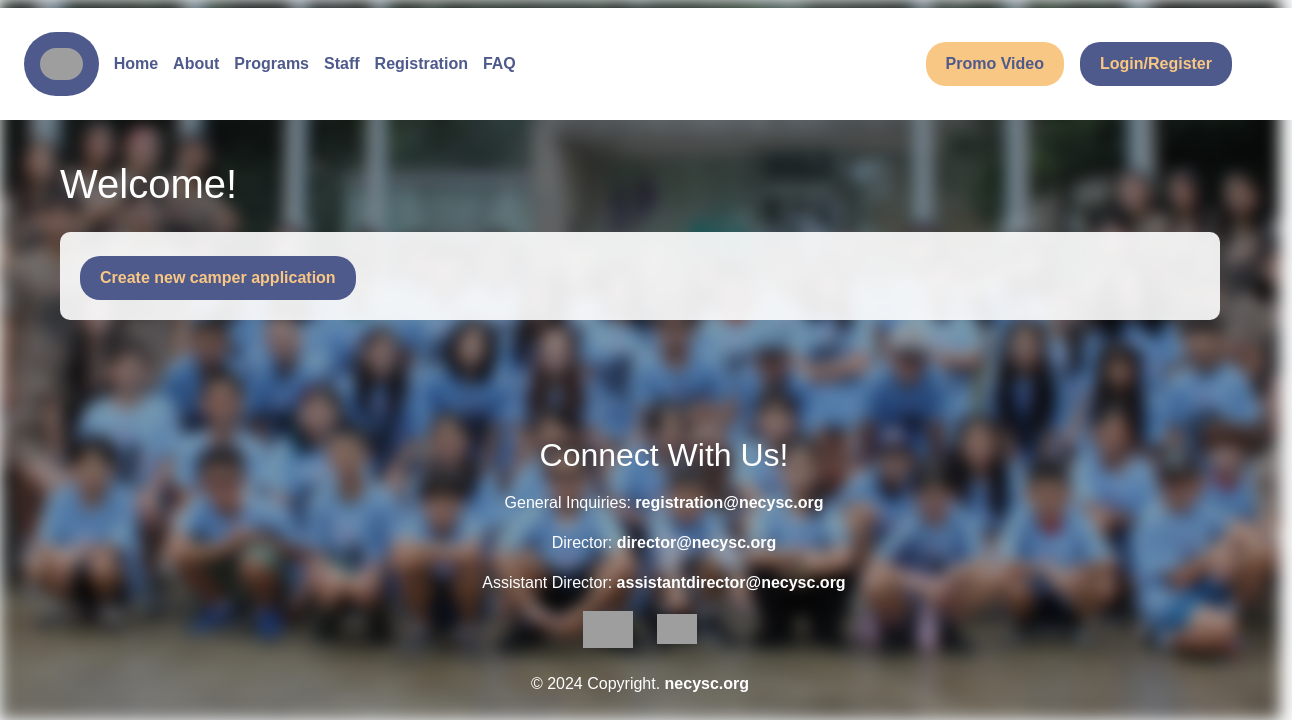
Repository: fullstackatbrown/project-necysc
Page: necysc_app/templates/necysc_app/applicant/index.html
An editor plug-in stored every save of this project. The page is shown before and after the next save, followed by the edit.
The browser window is 1280 px wide. The page is 1292 px wide, so the pictures cover 1292 px, including what lies to the right of the window. The pictures show the whole page.
Pictures or frames that could not be fetched are drawn as grey boxes. Some web fonts or font styles are not loaded; a fallback is used. The template is drawn by Django 5.2. The application's start-up code is not run. Other server files are loaded and not shown. The template is opened directly, without the code that normally fills it, so the values that code supplies are empty.

Above is the page before, as saved 2024-12-04 01:52:39.

### necysc_app/templates/necysc_app/applicant/index.html
{% extends "necysc_app/base.html" %}
{% load static %}
{% block title %} Applicant Portal {% endblock %}
{% block content %}
<link rel="stylesheet" href="{% static 'necysc_app/applicant_home.css' %}">

<style>
    body {
        background-color: #f8f9fa;
        margin: 0;
        padding: 0;
        height: 100%;
        width: 100%;
        overflow: hidden;
    }

    .background {
        position: fixed;
        top: 0;
        left: 0;
        width: 100%;
        height: 100%;
        z-index: -1;
        background-image: url("{% static 'necysc_app/images/necyscbannerimage.jpg' %}");
        background-size: cover;
        background-position: center;
        filter: blur(8px);
    }

    .container {
        position: relative;
        z-index: 1;
        background-color: rgba(255, 255, 255, 0.9);
        padding: 20px;
        border-radius: 10px;
        max-width: 1200px;
        margin: auto;
        margin-top: 20px;
    }

    h1, p, a, button {
        position: relative;
        z-index: 2;
    }

    .glow {
        transition: box-shadow 0.3s ease-in-out;
    }

    .glow:hover {
        box-shadow: 0 0 20px 2px rgba(0, 0, 0, 0.15);
    }
    </style>
    <div class="background"></div>

    <h1 class="welcome-title">Welcome!</h1>
{% if applications %}
    <div class="container mb-4">
        {% for application in applications %}
        <div class="card col-4 glow">
            <a href="{% url 'necysc_app:application_detail' application.id %}" class="application-card-link">
                <div class="card-body">
                    <h5 class="card-title"><span>{{ application.applicant_fname }}
                        {{ application.applicant_lname }}</span>
                        {% if application.app_status == 'A' %}
                        <span class="badge bg-success float-end">Accepted </span>
                        {% elif application.app_status == 'P' %}
                        <span class="badge bg-secondary float-end">Pending</span>
                        {% else %}
                        <span class="badge bg-danger float-end">Rejected</span>
                        {% endif %}

                    </h5>
                    <!-- horizontal line-->
                    <hr>
                    <p class="card-text fw-light">Year: {{application.app_year}}</p>
                    <p class="card-text m-0 fw-light">Health Status: {{application.health_record_status}}</p>
                </div>

            </a>
        </div>
        {% endfor %}
    </div>
{% endif %}

<div class="container mt-4 pt-4">
<a class="btn-purple"
        href="{% url 'necysc_app:new_application' %}">Create new camper application</a>
</div>

<style>
.glow {
    transition: box-shadow 0.3s ease-in-out;
    }

.glow:hover {
box-shadow: 0 0 20px 2px rgba(0, 0, 0, 0.15); /* Adjust the glow effect */
}
</style>
{% endblock %}

### necysc_app/templates/necysc_app/base.html
<!DOCTYPE html>
<html lang="en">
	<!-- Header -->
	{% load static %} {% include 'necysc_app/header.html' %}

	<head>
		<!-- Required meta tags -->
		<meta charset="utf-8" />
		<meta name="viewport" content="width=device-width, initial-scale=1" />

		<!--Bootstrap CSS-->
		<link
			href="https://cdn.jsdelivr.net/npm/bootstrap@5.0.2/dist/css/bootstrap.min.css"
			rel="stylesheet"
			integrity="sha384-EVSTQN3/azprG1Anm3QDgpJLIm9Nao0Yz1ztcQTwFspd3yD65VohhpuuCOmLASjC"
			crossorigin="anonymous"
		/>

		<title>{% block title %} {% endblock %}</title>
		<link rel="preconnect" href="https://fonts.googleapis.com" />
		<link rel="preconnect" href="https://fonts.gstatic.com" crossorigin />
		<link
			href="https://fonts.googleapis.com/css2?family=Roboto+Mono:ital,wght@0,100..700;1,100..700&display=swap"
			rel="stylesheet"
		/>

		<!--global Hind font-->
		<link
			href="https://fonts.googleapis.com/css2?family=Hind:wght@400;500;600&display=swap"
			rel="stylesheet"
		/>
		<style>
			body {
				font-family: "Hind", sans-serif;
			}
		</style>

	</head>

	<body>
		<!-- Navbar -->
		{% include 'necysc_app/navbar.html' %}

		<!-- Content -->
		<div class="container">{% block content %} {% endblock %}</div>

		<!-- Footer -->
		{% include 'necysc_app/footer.html' %}

		<!--Bootstrap JavaScript Plugins-->
		<script
			src="https://cdn.jsdelivr.net/npm/bootstrap@5.0.2/dist/js/bootstrap.bundle.min.js"
			integrity="sha384-MrcW6ZMFYlzcLA8Nl+NtUVF0sA7MsXsP1UyJoMp4YLEuNSfAP+JcXn/tWtIaxVXM"
			crossorigin="anonymous"
		></script>
	</body>
</html>

### necysc_app/templates/necysc_app/header.html
<!-- Header -->
<head>
    <meta charset="UTF-8" />
    <!-- Bootstrap Imports -->
    <link
      href="https://cdn.jsdelivr.net/npm/bootstrap@5.0.2/dist/css/bootstrap.min.css"
      rel="stylesheet"
      integrity="sha384-EVSTQN3/azprG1Anm3QDgpJLIm9Nao0Yz1ztcQTwFspd3yD65VohhpuuCOmLASjC"
      crossorigin="anonymous"
    />
    <link
      href="https://cdn.jsdelivr.net/npm/bootstrap-icons@1.8.1/font/bootstrap-icons.css"
      rel="stylesheet"
    />
    <script
    src="https://cdn.jsdelivr.net/npm/bootstrap@5.0.2/dist/js/bootstrap.bundle.min.js"
    integrity="sha384-MrcW6ZMFYlzcLA8Nl+NtUVF0sA7MsXsP1UyJoMp4YLEuNSfAP+JcXn/tWtIaxVXM"
    crossorigin="anonymous"
    ></script>
    <meta name="viewport" content="width=device-width, initial-scale=1" />
    {% load static %}
    <link href="{% static 'necysc_app/style.css' %}" rel="stylesheet" />
    <link rel="icon" href="{%  static 'necysc_app/images/favicon.ico' %}">
</head>

### necysc_app/templates/necysc_app/navbar.html
<!DOCTYPE html>
<html>
<head>
    <title>Your Page Title</title>
    <style>
        a {
            font-weight: bold;
            text-decoration: none;
        }

        .dropdown {
            position: relative;
            display: inline-block;
        }

        .dropdown-content {
            display: none;
            position: absolute;
            background-color: #f9f9f9;
            min-width: 160px;
            box-shadow: 0px 8px 16px 0px rgba(0, 0, 0, 0.2);
            z-index: 10;
            top: 100%;
        }

        .dropdown-content a {
            color: #4e598c;
            padding: 12px 16px;
            text-decoration: none;
            display: block;
            transition: color 0.3s ease, background-color 0.3s ease;
        }

        .dropdown-content a:hover {
            background-color: #4e598c;
            color: #F9C784;
        }

        .dropdown:hover .dropdown-content {
            display: block;
        }

        .navbar-link {
            color: #4e598c;
            transition: color 0.3s ease;
        }

        .navbar-link:hover {
            color: #F9C784;
            background: #4e598c;
            transition: color 0.3s ease;
            padding: 10px 20px;
            border-radius: 9px;
        }

        .active {
            color: #F9C784;
            background: #4e598c;
            padding: 10px 20px;
            text-decoration: none;
            border-radius: 9px;
        }


        .btn-login {
            background-color: #4e598c;
            color: #F9C784;
            transition: all 0.3s ease;
            padding: 10px 20px;
            border-radius: 20px;
            display: inline-block;
            text-align: center;
        }

        .btn-login:hover {
            background-color: #F9C784;
            color: #FFFFFF;
        }

        .btn-padding {
            padding: 10px 20px;
            border-radius: 20px;
            display: inline-block;
            text-align: center;
            background: #F9C784;
            color: #4e598c;
            transition: all 0.3s ease;
        }

        .btn-padding:hover {
            background-color: #4e598c;
            color: #ffffff;
        }


        .col-auto {
            display: flex;
            align-items: center;
        }

        img {
            height: 4rem;
            max-width: 100%;
        }

        #logobutton {
            background-color: #4e598c;
            transition: all 0.3s ease;
        }

        #logobutton:hover {
            background-color: #F9C784;
            color: #FFFFFF;
        }
    </style>
</head>
<body>

<!-- navbar sticky -->
{% load static %}
<div class="row mt-2 pt-4 pb-4 mb-3 d-flex ps-4 pe-5 align-items-center gap-3 sticky-top bg-bi-white bg-white row">

    <input type="checkbox" id="menu-toggle" class="menu-toggle">
    <label for="menu-toggle" class="hamburger">
        &#9776;
    </label>

    <div class="nav-links">

        <div class="col-auto">
            <a href="{% url 'necysc_app:index' %}" id="logo-link">
                <img src="https://www.necysc.org/v2/images/logo2.png" alt="Your Image Description" id="logobutton" class="rounded-pill p-3"/>
            </a>
        </div>

        <div class="dropdown col-auto">
            {% if request.user.is_authenticated %}
            <a href="{% url 'necysc_app:home' %}" class="navbar-link {% if request.path == '/' %}active{% endif %}">Applicant Home</a>
            {% else %}
            <a href="{% url 'necysc_app:index' %}" class="navbar-link {% if request.path == '/' %}active{% endif %}">Home</a>
            {% endif %}
        </div>

        {% if not request.user.is_authenticated %}
        <div class="dropdown col-auto">
            <a href="{% url 'necysc_app:about' %}" class="navbar-link {% if request.path == '/about/' %}active{% endif %}">About</a>
            <div class="dropdown-content">
                <a href="{% url 'necysc_app:about' %}#sponsors">Sponsors</a>
                <a href="{% url 'necysc_app:about' %}#contact">Contact Us</a>
            </div>
        </div>

        <div class="dropdown col-auto">
            <a href="{% url 'necysc_app:programs' %}" class="navbar-link {% if request.path == '/programs/' %}active{% endif %}">Programs</a>
            <div class="dropdown-content">
                <a href="{% url 'necysc_app:programs' %}#day">Day Camp</a>
                <a href="{% url 'necysc_app:programs' %}#on">Overnight Camp</a>
                <a href="{% url 'necysc_app:programs' %}#ea">ExplorAsian</a>
            </div>
        </div>

        <div class="dropdown col-auto">
            <a href="{% url 'necysc_app:staff' %}" class="navbar-link {% if request.path == '/staff/' %}active{% endif %}">Staff</a>
            <div class="dropdown-content">
                <a href="{% url 'necysc_app:staff' %}#cit">CIT</a>
                <a href="{% url 'necysc_app:staff' %}#counselor">Counselor</a>
                <a href="{% url 'necysc_app:staff' %}#ra">RA</a>
                <a href="{% url 'necysc_app:staff' %}#ops">OPs</a>
                <a href="{% url 'necysc_app:staff' %}#committee">Committee</a>
            </div>
        </div>

        <div class="dropdown col-auto">
            <a href="{% url 'necysc_app:registration' %}" class="navbar-link {% if request.path == '/registration/' %}active{% endif %}">Registration</a>
            <div class="dropdown-content">
                <a href="{% url 'necysc_app:registration' %}#importantdates">2025 Important Dates</a>
                <a href="{% url 'necysc_app:registration' %}#financialaid">Financial Aid</a>
            </div>
        </div>

        <div class="dropdown col-auto">
            <a href="{% url 'necysc_app:faq' %}" class="navbar-link {% if request.path == '/faq/' %}active{% endif %}">FAQ</a>
            <div class="dropdown-content">
                <a href="{% url 'necysc_app:faq' %}#faqregistration">Registration</a>
                <a href="{% url 'necysc_app:faq' %}#faqleavingcamp">Leaves and Visits</a>
                <a href="{% url 'necysc_app:faq' %}#faqhealth">Health and Safety</a>
                <a href="{% url 'necysc_app:faq' %}#camp">Camp Activities</a>
            </div>
        </div>
        {% endif %}

        <div class="col-auto ms-auto">
            <a href="https://youtu.be/PPZ1zu8fGl0?si=h436QWcB9vHQeV_G" target="_blank" class="btn-padding me-3">Promo Video</a>
            {% if request.user.is_authenticated %}
            <a href="{% url 'necysc_app:logout' %}" class="btn-login">Logout</a>
            {% else %}
            <a href="{% url 'necysc_app:login' %}" class="btn-login">Login/Register</a>
            {% endif %}
        </div>
    </div>
</div>

</body>
</html>

### necysc_app/templates/necysc_app/footer.html
<!-- Footer -->
<footer class="pt-4" id="contact">


  <h2 class="ps-5 mb-3 mt-5 text-center" style="color: white;">Connect With Us!</h2>
  <p class="ps-5 text-center" style="color: white;">General Inquiries:
    <a href="mailto:registration@necysc.org" style="color: white">registration@necysc.org</a>
  </p>
  <p class="ps-5 text-center" style="color: white;"> Director:
    <a href="mailto:registration@necysc.org" style="color: white">director@necysc.org</a>
  </p>
  <p class="ps-5 text-center" style="color: white;"> Assistant Director:
    <a href="mailto:registration@necysc.org" style="color: white">assistantdirector@necysc.org</a>
  </p>

  <div class="row text-center align-items-center justify-content-center">
    <div class="col-auto">
        <a href="https://www.instagram.com/NECYSC/"  target="_blank">
            <img src="https://cdn.freebiesupply.com/images/large/2x/instagram-icon-white-on-black.png" alt="Instagram Logo" style="width: 50px; height: auto;">
        </a>
    </div>
    <div class="col-auto">
      <a href="https://www.facebook.com/NECYSC"target="_blank">
          <img src="https://www.freepnglogos.com/uploads/logo-facebook-png/logo-facebook-facebook-logo-png-transparent-svg-vector-bie-supply-18.png" alt="Facebook Logo" style="width: 40px; height: auto;">
      </a>
    </div>
  </div>


  <!-- Copyright -->

  <div class="text-center p-4" style="color: white;" >
    © 2024 Copyright.
    <a class="text-reset" href="https://necysc.org/">necysc.org</a>
  </div>

</footer>
<!-- Footer -->

### necysc_app/static/necysc_app/style.css
.hero-section {
  position: relative;
  background-size: cover;
  background-position: center;
  background-repeat: no-repeat;
  color: white;
  height: 60vh;
  display: flex;
  align-items: center;
  justify-content: center;
  overflow: hidden;
}

.hero-section .overlay {
  position: absolute;
  top: 0;
  left: 0;
  width: 100%;
  height: 100%;
  background-color: rgba(0, 0, 0, 0.5);
  z-index: 1;
}

.hero-section .position-relative {
  z-index: 2;
}

.btn-purple {
  background-color: #4e598c;
  color: #f9c784;
  transition: all 0.3s ease;
  padding: 10px 20px;
  border-radius: 20px;
  display: inline-block;
  text-align: center;
  text-decoration: none;
  outline: none;
  border: none;
}

.btn-purple:hover {
  background-color: #f9c784;
  color: #ffffff;
}


.accordion-item .accordion-button:not(.collapsed) {
  background-color: #4e598c; /* Darker purple when open */
  color: #ffffff; /* White text for contrast */
}


.menu-toggle {
  display: none;
}

.hamburger {
  display: none;
  font-size: 24px;
  cursor: pointer;
  color: #4e598c;
}


.nav-links {
  display: flex;
  gap: 15px;
}


@media (max-width: 768px) {
  .nav-links {
      display: none;
      flex-direction: column;
      background-color: white;
      position: absolute;
      top: 60px;
      right: 0;
      width: 100%;
      padding: 10px;
      z-index: 1000;
  }

  .menu-toggle:checked + .hamburger + .nav-links {
      display: flex;
  }

  .hamburger {
      display: block;
  }
}

.optional {
  color: gray;
  font-style: italic;
}

.white-link {
  color: #ffffff;
  text-decoration: none;
  transition: color 0.3s ease;
}

.white-link:hover {
  color: #cccccc;
}

.welcome-title {
  color: white;
}

footer {
  position: fixed;
  bottom: 0;
  left: 0;
  width: 100%;
  z-index: 10;
}

### necysc_app/static/necysc_app/applicant_home.css
.application-card-link {
  text-decoration: none; /* Remove underline */
  color: inherit; /* Inherit text color */
}

.application-card-link:hover {
  text-decoration: none; /* Remove underline */
  color: inherit; /* Inherit text color */
}

.application-card {
  display: flex;
  flex-direction: column;
  border: 1px solid #ccc;
  border-radius: 8px;
  padding: 15px;
  width: 300px;
  height: 180px;
  box-shadow: 0 2px 5px rgba(0, 0, 0, 0.1);
  background-color: #fff;
  position: relative;
  transition: transform 0.2s;
}

.application-card:hover {
  transform: scale(1.02);
  box-shadow: inset;
}

.application-card h2 {
  font-size: 1.5em;
  margin: 0 0 10px 0;
}

.application-card h3 {
  font-size: 1.2em;
  color: #555;
}

.application-card p {
  margin: 5px 0;
}


.status {
  border-radius: 5px;
  color: #fff;
  font-weight: bold;
  z-index: 1;
}

.status.a {
  background-color: rgba(0, 128, 0, 0.2);
  color: green;
}

.status.d {
  background-color: rgba(255, 0, 0, 0.2);
  color: red;
}

.status.p {
  background-color: rgba(255, 165, 0, 0.2);
  color: orange;
}

.status.i {
  background-color: rgba(0, 0, 255, 0.2);
  color: blue;
}

.glow {
  transition: box-shadow 0.3s ease-in-out;
}

.glow:hover {
  box-shadow: 0 0 20px 2px rgba(0, 0, 0, 0.15); /* Adjust the glow effect */
}

.btn-logout {
    display: inline-block;
    padding: 8px 15px;
    background-color: #ff4444;
    color: #fff;
    text-decoration: none;
    border-radius: 5px;
    font-weight: bold;
    transition: background-color 0.3s ease;
    cursor: pointer;
    margin: 10px 0;
}

.btn-logout:hover {
    background-color: #cc0000;
}

After the next save:
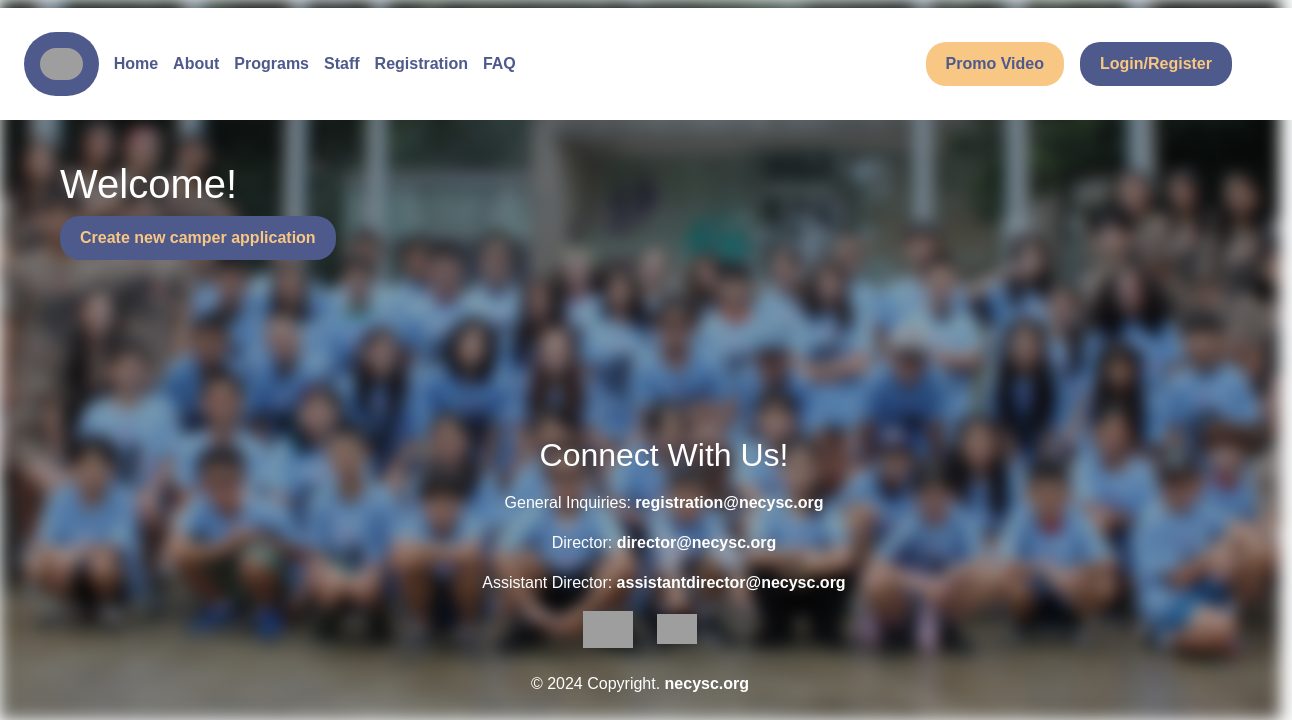
Saved 14 s later.
--- a/necysc_app/templates/necysc_app/applicant/index.html
+++ b/necysc_app/templates/necysc_app/applicant/index.html
@@ -83,7 +83,7 @@
     </div>
 {% endif %}
 
-<div class="container mt-4 pt-4">
+
 <a class="btn-purple"
         href="{% url 'necysc_app:new_application' %}">Create new camper application</a>
 </div>
